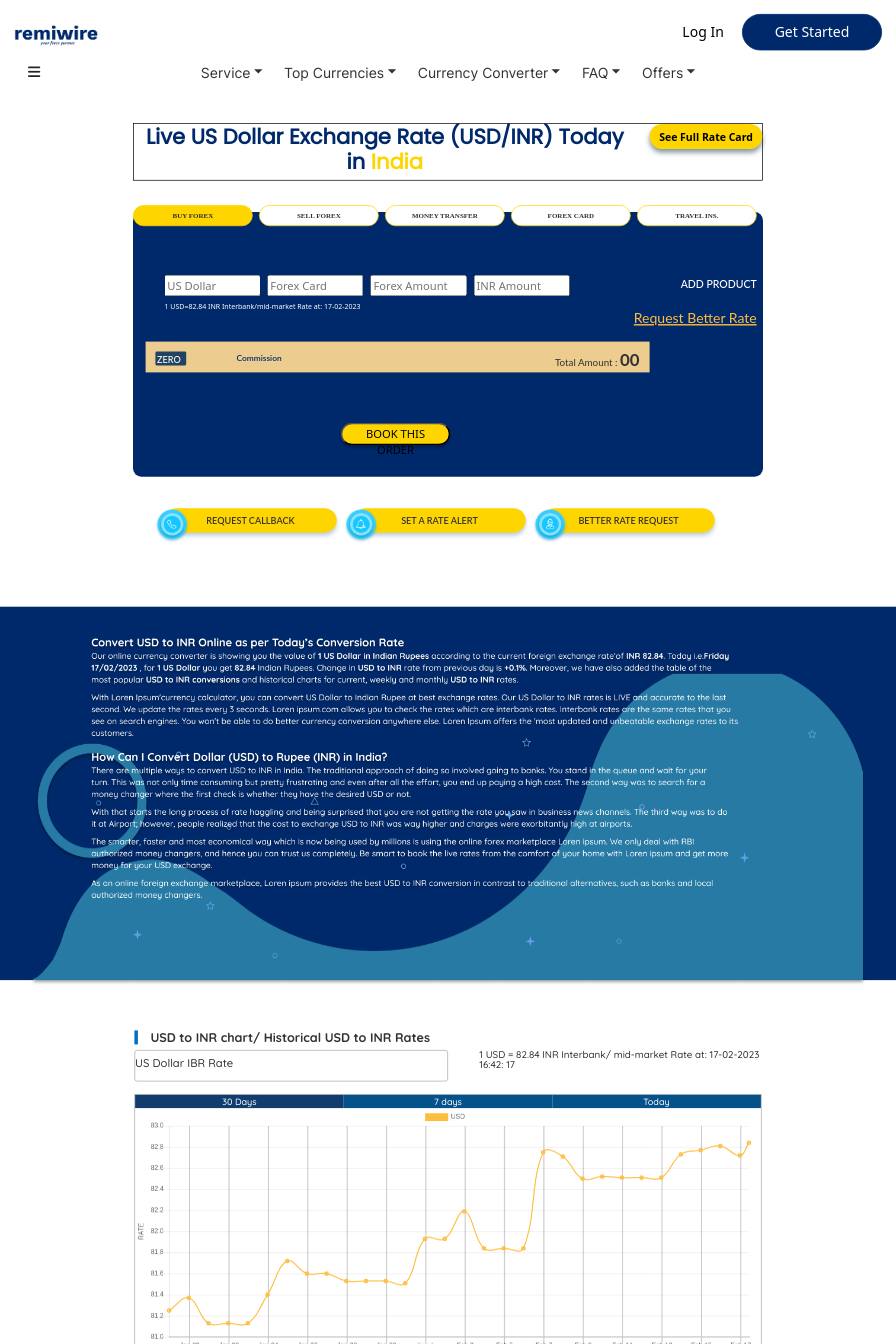
Repository: FlyweisReact/Akshadeep-latest
Page: /exchange
These files come from the project's save history. The page is drawn as it stood at one moment and after the next save; the edit follows.
The browser window is 1280 px wide. The pictures show the part of the page from y = 0 to 1920 px (the page is 4029 px tall before and 4062 px after), at 70% of full size.
Some web libraries are served in a nearby version. The project was rebuilt for these pictures with package versions that can differ from the ones it lists, and the page was loaded fresh each time. Also part of the build but not shown: src/components/order_p1.jsx, src/components/order_p2.jsx, src/components/faas.jsx, src/components/offer.jsx, src/components/Component/Index/CurrencySlider.js, src/components/Component/Index/IndexFirstMotion.js, src/components/Component/Index/IndexSecondMotion.js, src/components/Component/Index/IndexThirdMotion.js and 15 more.

Above is the page before, as saved 2023-05-30 17:33:27.

### public/index.html
<!DOCTYPE html>
<html lang="en">
  <head>
    <meta charset="utf-8" />
    <link rel="icon" href="%PUBLIC_URL%/favicon.ico" />
    <meta name="viewport" content="width=device-width, initial-scale=1" />
    <meta name="theme-color" content="#000000" />
    <meta
      name="description"
      content="Web site created using create-react-app"
    />
    <link rel="apple-touch-icon" href="%PUBLIC_URL%/logo192.png" />

    <link rel="manifest" href="%PUBLIC_URL%/manifest.json" />
    <link rel="stylesheet" href="https://cdnjs.cloudflare.com/ajax/libs/font-awesome/5.15.3/css/all.min.css" />
    <link href="https://cdn.jsdelivr.net/npm/bootstrap@5.3.0-alpha1/dist/css/bootstrap.min.css" rel="stylesheet" integrity="sha384-GLhlTQ8iRABdZLl6O3oVMWSktQOp6b7In1Zl3/Jr59b6EGGoI1aFkw7cmDA6j6gD" crossorigin="anonymous">


    <title>React App</title>
  </head>
  <body>
    <noscript>You need to enable JavaScript to run this app.</noscript>
    <div id="root"></div>
    <script src="https://kit.fontawesome.com/b533b351e4.js" crossorigin="anonymous"></script>
  </body>
</html>

### src/components/exchange.jsx
/** @format */

import React from "react";
import Navbar from "./navbar";
import { useNavigate } from "react-router-dom";
import img3 from "../Images/button_after.png";
import img4 from "../Images/button_after -1.png";
import img5 from "../Images/button_after -2.png";
import img6 from "../Images/section.png";
import img7 from "../Images/h3_before.png";
import img8 from "../Images/image.png";
import img9 from "../Images/span.png";
import img10 from "../Images/a.png";
import img11 from "../Images/a-1.png";
import img12 from "../Images/a-2.png";
import img13 from "../Images/a-3.png";
import img14 from "../Images/a-4.png";
import img15 from "../Images/a-5.png";
import img16 from "../Images/a-6.png";
import Footer from "./footer";

const Exchange = () => {
  const navigate = useNavigate();
  return (
    <>
      <Navbar />
      <div className="exch-cont">
        <div className="exch-left-cont">

          <div className="upper_two_sec">
          <h2 className="exch-title">
            Live US Dollar Exchange Rate (USD/INR) Today <br /> in{" "}
            <spam>India</spam>
          </h2>
        <button >See Full Rate Card</button>

          </div>



          <div className="outer-cont">
            <div className="top-box">
              <div className="top-part-1">
                <div className="top-left">
                  <div class="input-row">
                    <input type="text" placeholder="US Dollar" />
                    <input type="text" placeholder="Forex Card" />
                    <input type="text" placeholder="Forex Amount" />
                    <input type="text" placeholder="INR Amount" />
                  </div>
                  <small>
                    1 USD=82.84 INR Interbank/mid-market Rate at: 17-02-2023
                  </small>
                </div>
                <div className="top-right">
                  <a>ADD PRODUCT</a>
                </div>
              </div>
              <h3 className="exch-mid-txt">Request Better Rate</h3>
              <div className="exch-mid-cont">
                <div className="exch-mid-cont-l">
                  <div className="inside-comp">
                    <div className="comp-1">
                      <p>ZERO</p>
                    </div>
                    <div className="comp-2">
                      <p>Commission</p>
                    </div>
                  </div>
                </div>
                <div className="exch-mid-cont-r">
                  <p>
                    Total Amount : <spam>00</spam>
                  </p>
                </div>
              </div>
              <button
                className="top-box-btn"
                onClick={() => navigate("/customer-det")}
              >
                BOOK THIS ORDER
              </button>
            </div>
            <div className="btn-box">
              <button style={{ backgroundColor: "#FFD500" }}>BUY FOREX</button>
              <button>SELL FOREX</button>
              <button>MONEY TRANSFER</button>
              <button>FOREX CARD</button>
              <button>TRAVEL INS.</button>
            </div>
            <div className="out-btn-box">
              <div className="btn-img">
                <button className="bt-img">REQUEST CALLBACK</button>
                <img src={img3} alt="" />
              </div>
              <div className="btn-img">
                <button className="bt-img">SET A RATE ALERT</button>
                <img src={img4} alt="" />
              </div>
              <div className="btn-img">
                <button className="bt-img">BETTER RATE REQUEST</button>
                <img src={img5} alt="" />
              </div>
            </div>
          </div>
        </div>
      </div>




      <div className="body-mid-cont">
        <img className="body-mid-cont-img" src={img6} alt="" />
      </div>
      <div className="exch-below-cont">
        <div className="faltu">
          <img src={img7} alt="" />
          <h3>USD to INR chart/ Historical USD to INR Rates</h3>
        </div>
        <div className="exch-below-cont-1">
          <div className="exch-below-cont-1-left">
            <h4>US Dollar IBR Rate</h4>
          </div>
          <div className="exch-below-cont-1-right">
            <p>
              1 USD = 82.84 INR Interbank/ mid-market Rate at: 17-02-2023 16:42:
              17
            </p>
          </div>
        </div>
        <div className="exch-box">
          <div className="exch-box-cont">
            <div className="ii">30 Days</div>
            <div className="ia">7 days</div>
            <div className="ia">Today</div>
          </div>
          <img src={img8} alt="" style={{ width: "100%" }} />
        </div>
        <div className="faltu" style={{ margin: "2%" }}>
          <img src={img7} alt="" />
          <h3>Popular USD to INR Conversion Rate</h3>
        </div>
        <div className="exch-below-cont-2">
          <div className="exch-below-cont-2-left">
            <table>
              <tr>
                <th>US Dollar(USD)</th>
                <th>Indian Rupee(INR)</th>
              </tr>
              <tr>
                <td>1 USD</td>
                <td>82.84 INR</td>
              </tr>
              <tr>
                <td>1 USD</td>
                <td>82.84 INR</td>
              </tr>
              <tr>
                <td>1 USD</td>
                <td>82.84 INR</td>
              </tr>
              <tr>
                <td>1 USD</td>
                <td>82.84 INR</td>
              </tr>
              <tr>
                <td>1 USD</td>
                <td>82.84 INR</td>
              </tr>
              <tr>
                <td>1 USD</td>
                <td>82.84 INR</td>
              </tr>
            </table>
          </div>
          <div className="exch-below-cont-2-right">
            <table>
              <tr>
                <th>US Dollar(USD)</th>
                <th>Indian Rupee(INR)</th>
              </tr>
              <tr>
                <td>1 USD</td>
                <td>82.84 INR</td>
              </tr>
              <tr>
                <td>1 USD</td>
                <td>82.84 INR</td>
              </tr>
              <tr>
                <td>1 USD</td>
                <td>82.84 INR</td>
              </tr>
              <tr>
                <td>1 USD</td>
                <td>82.84 INR</td>
              </tr>
              <tr>
                <td>1 USD</td>
                <td>82.84 INR</td>
              </tr>
              <tr>
                <td>1 USD</td>
                <td>82.84 INR</td>
              </tr>
            </table>
          </div>
        </div>
      </div>
      <div className="exch-below-cont-3">
        <div>
          <h4>1 US Dollar To Indian Rupee Stats</h4>
          <table>
            <tr>
              <th></th>
              <th>Last 30 Days</th>
              <th>Last 90 Days</th>
            </tr>
            <tr>
              <td>High</td>
              <td>82.25</td>
              <td>82.925</td>
            </tr>
            <tr>
              <td>High</td>
              <td>82.25</td>
              <td>82.925</td>
            </tr>
            <tr>
              <td>High</td>
              <td>82.25</td>
              <td>82.925</td>
            </tr>
            <tr>
              <td>High</td>
              <td>82.25</td>
              <td>82.925</td>
            </tr>
          </table>
        </div>
      </div>
      <div className="exch-below-cont-4">
        <h3>Currency Information</h3>
        <div className="exch-below-cont-4-cont">
          <div className="exch-below-cont-4-l">
            <div className="faltu">
              <img src={img7} alt="" />
              <h3>USD-US Dollar</h3>
            </div>
            <p>
              Lorem Ipsum is a dummy text showing the place for some real text
              check below to get more details and other facts about the
              currency.
            </p>
            <a href="">More info</a>
          </div>
          <div className="exch-below-cont-4-r">
            <div className="faltu">
              <img src={img7} alt="" />
              <h3>USD-US Dollar</h3>
            </div>
            <p>
              Lorem Ipsum is a dummy text showing the place for some real text
              check below to get more details and other facts about the
              currency.
            </p>
            <a href="">More info</a>
          </div>
        </div>
      </div>
      <div className="exch-below-cont-5">
        <div className="extra-comp">
          <div className="exch-grid">
            <div className="exch-grid-item">
              <a href="">Convert NZD to INR</a>
            </div>
            <div className="exch-grid-item">
              <a href="">Convert NZD to INR</a>
            </div>
            <div className="exch-grid-item">
              <a href="">Convert NZD to INR</a>
            </div>
            <div className="exch-grid-item">
              <a href="">Convert NZD to INR</a>
            </div>
            <div className="exch-grid-item">
              <a href="">Convert NZD to INR</a>
            </div>
            <div className="exch-grid-item">
              <a href="">Convert NZD to INR</a>
            </div>
          </div>
        </div>
      </div>
      <div className="exch-below-cont-6">
        <div className="exch-below-cont-6-1">
          <h4>US Dollars Rates In Other Cities</h4>
          <img src={img9} alt="" />
        </div>
        <div className="form-group-2">
          <select className="ip" id="timezone" name="timezone" required>
            <option value="">Select City</option>
            <option value="EST">Mumbai</option>
            <option value="CST">Delhi</option>
            <option value="PST">Ghaziabad</option>
            <option value="PST">Pune</option>
            <option value="PST">Chennai</option>
            <option value="PST">Banglore</option>
          </select>
        </div>
        <div className="exch-below-6-last">
          <img src={img10} alt="" />
          <img src={img11} alt="" />
          <img src={img12} alt="" />
          <img src={img13} alt="" />
          <img src={img14} alt="" />
          <img src={img15} alt="" />
          <img src={img16} alt="" />
        </div>
      </div>
      <Footer />
    </>
  );
};

export default Exchange;

### src/Style/Header.css
/** @format */

.Sticky-Header-Companent {
  height: 100%;
  background-color: var(--white);
  position: sticky;
  top: 0;
  z-index: 999;
  padding: 20px;
  transition: box-shadow 0.3s ease;
}

.scrolled {
  box-shadow: rgba(0, 0, 0, 0.24) 0px 3px 8px;
}

.Header {
  width: 100%;
  display: flex;
  justify-content: space-between;
  align-items: center;
}

.Header .left-component a {
  font-family: InterFont;
  font-size: 2rem;
  color: #000000;
  cursor: pointer;
  text-decoration: none;
}
.Header .left-component img{
  width: 120px;
}

.Header .right-component {
  display: flex;
  gap: 20px;
}
.Header .right-component .btn1 {
  font-weight: 500;
  font-size: var(--medium-font);
  color: var(--black);
  background-color: transparent;
  border: none;
}
.Header .right-component .btn2 {
  font-size: var(--medium-font);
  color: var(--white);
  background-color : #00296B;
  border: 1px solid #00296B;
  padding: 10px;
  width: 200px;
  border-radius: var(--half-border);
}

/* Category Drop- Down */
.Drop-Category-Bar {
  display: flex;
  align-items: center;
}
.Drop-Category-Bar .left-container {
  width: 20%;
  padding: 20px;
}

.Drop-Category-Bar .right-Container {
  display: flex;
  width: 60%;
  justify-content: space-evenly;
}

.Drop-Category-Bar .left-container i {
  font-size: var(--medium-font);
  cursor: pointer;
}
.Drop-Category-Bar .right-Container #dropdown-basic {
  border: none;
  font-size: var(--medium-font);
  font-style: normal;
  line-height: 29px;
  color: #333131;
  font-family:InterFont ;
}
.Drop-Category-Bar .right-Container #dropdown-button-drop-end {
  width: 100%;
  display: flex;
  justify-content: space-between;
  gap: 20px;
  align-items: center;
  font-size: var(--small-font);
  border: none;
}
.Drop-Category-Bar .right-Container .dropdown-item {
  width: 100%;
  font-size: var(--small-font);
  border: none;
  padding-left: 12px;
}

/* FullScreen Offcanvas */
.offcanvas.offcanvas-start {
  width: 100% !important;
  background-color: transparent;
}
.offcanvas-backdrop.show {
  opacity: 0.9 !important;
}
.Offcanvas-Menu {
  position: relative;
  padding: 20px;
}
.Offcanvas-Menu .fa-x {
  font-size: var(--medium-font);
  color: #fff;
  position: absolute;
  right: 20px;
  top: 20px;
  cursor: pointer;
}
.Offcanvas-Menu .Menu-Items {
  display: flex;
  justify-content: space-evenly;
  align-items: center;
  position: absolute;
  top: 50%;
  gap: 20px;
  left: 50%;
  transform: translate(-50%, -50%);
  width: 100%;
  padding-left: 5%;
  padding-right: 5%;
}
.Offcanvas-Menu .Menu-Items div {
  width: 20%;
  cursor: pointer;
}
.Offcanvas-Menu .Menu-Items div img {
  display: block;
  margin: auto;
}
.Offcanvas-Menu .Menu-Items div a {
  text-decoration: none;
}
.Offcanvas-Menu .Menu-Items p {
  font-size: var(--medium-font);
  color: #ffffff;
  text-align: center;
  margin-top: 10px;
  font-family: OpenFont;
  text-decoration: none;
  width: 100%;
}

### src/Style/Footer.css
/**
 * Footer
 *
 * @format
 */

.footer {
  background-color: #241d4b;
  color: #fff;
  padding: 50px 0;
}

.footer .foot-row {
  display: flex;
  justify-content: space-evenly;
  gap: 20px;
}

.footer .foot-row .foot-col {
  width: 15%;
}

.footer .foot-row .foot-col h3 {
  font-family: PoppinFont;
  font-size: var(--medium-font);
  line-height: 19px;
  color: #919191;
  margin-bottom: 20px;
}

.footer .foot-row .foot-col p {
  font-family: QuickSand;
  font-size: var(--extra-small-font);
  color: #ffffff;
  cursor: pointer;
}

.footer .footer_bottom_Cont {
  display: flex;
  justify-content: space-evenly;
  gap: 20px;
  padding-top: 50px;

}

.footer .footer_bottom_Cont .Item_Div {
  width: 30%;
  padding: 20px;
}
.footer .footer_bottom_Cont .Item_Div .head {
  font-family: PoppinFont;
  font-size: var(--medium-font);
  color: #919191;

  margin: 0;
}
.footer .footer_bottom_Cont .Item_Div .subItem {
  margin: 0;
  display: flex;
  gap: 20px;
  align-items: center;
}
.footer .footer_bottom_Cont .Item_Div .subItem p{
    margin: 0;
    font-family: QuickSand;
font-size: var(--extra-small-font);
color: #FFFFFF;
}

### src/components/navbar.jsx
import Header from "./Layout/Header";

const Navbar = () => {
  return (
    <>
      <Header />
    </>
  );
};

export default Navbar;

### src/components/footer.jsx
/** @format */

import React from "react";
import img from "../Images/23.png";
import img1 from "../Images/24.png";
import img2 from "../Images/25 (1).png";
import img3 from "../Images/25 (2).png";

const Footer = () => {
  return (
    <footer className="footer">
      <div className="foot-row">
        <div className="foot-col">
          <h3>Company</h3>
          <p>About Us</p>
          <p>Contact Us</p>
          <p>Careers</p>
        </div>

        <div className="foot-col">
          <h3>Services</h3>
          <p>Prepaid Travel Card</p>
          <p>Foreign Demand Draft</p>
          <p>Foreign Currency</p>
          <p>Educational Loans</p>
          <p>Remmittance</p>
          <p>Travel Insurance</p>
          <p>Forex as a Service (Faas Solution)</p>
        </div>
        <div className="foot-col">
          <h3>Quick Links</h3>
          <p>FAQs</p>
          <p>Cancellation & Refund Policy</p>
          <p>Forex Rates</p>
          <p>Our Policies</p>
          <p>Terms of Use</p>
          <p>Site Map</p>
          <p>Offers</p>
        </div>
        <div className="foot-col">
          <h3>Insight</h3>
          <p>Blogs</p>
          <p>Press Release</p>
          <p>Foreign Currency</p>
          <p>Educational Loans</p>
          <p>Remmittance</p>
          <p>Travel Insurance</p>
          <p>Forex as a Service (Faas Solution)</p>
        </div>
        <div className="foot-col">
          <h3>Registered Office Address</h3>
          <p>Lorem Ipsum Pvt ltd.</p>
          <p>
            P-701 to P-705 lorem ipsum , 7th floor, 11th tower, panchsheel
            primerose, vatista , Gurugram, Hariyana
          </p>
        </div>
      </div>

      <div className="footer_bottom_Cont">
        <div className="Item_Div">
          <p className="head">Download Our App</p>
          <div className="subItem">
            <img src={img} alt="" />
            <img src={img1} alt="" />
          </div>
        </div>

        <div className="Item_Div">
          <p className="head">We Accept:</p>
          <div className="subItem">
            <img src={img2} alt="" />
            <img src={img3} alt="" />
          </div>
        </div>

        <div className="Item_Div">
          <p className="head">Contact Us</p>
          <div className="subItem" style={{ gap: "10px" }}>
            <i className="fa-solid fa-phone"></i>
            <p>+91-9212219191</p>
          </div>
          <div className="subItem">
            <p>hello@Lorenipsum.com</p>
          </div>
        </div>
      </div>
    </footer>
  );
};

export default Footer;

Loaded but not shown: src/Json/menu.json (187 lines, source omitted); src/components/Modals/RegisterModal.js (88 lines, source omitted); src/components/Modals/LoginModal.js (81 lines, source omitted); src/components/Layout/DropBar.js (60 lines, source omitted); src/components/Layout/Sidebar.js (70 lines, source omitted); src/App.js (51 lines, source omitted); src/components/Layout/Header.js (61 lines, source omitted); src/components/Modals/OtpModal.js (34 lines, source omitted); src/index.js (10 lines, source omitted); src/Style/Component.css (1675 lines, source omitted); src/index.css (1993 lines, source omitted)

After the next save:
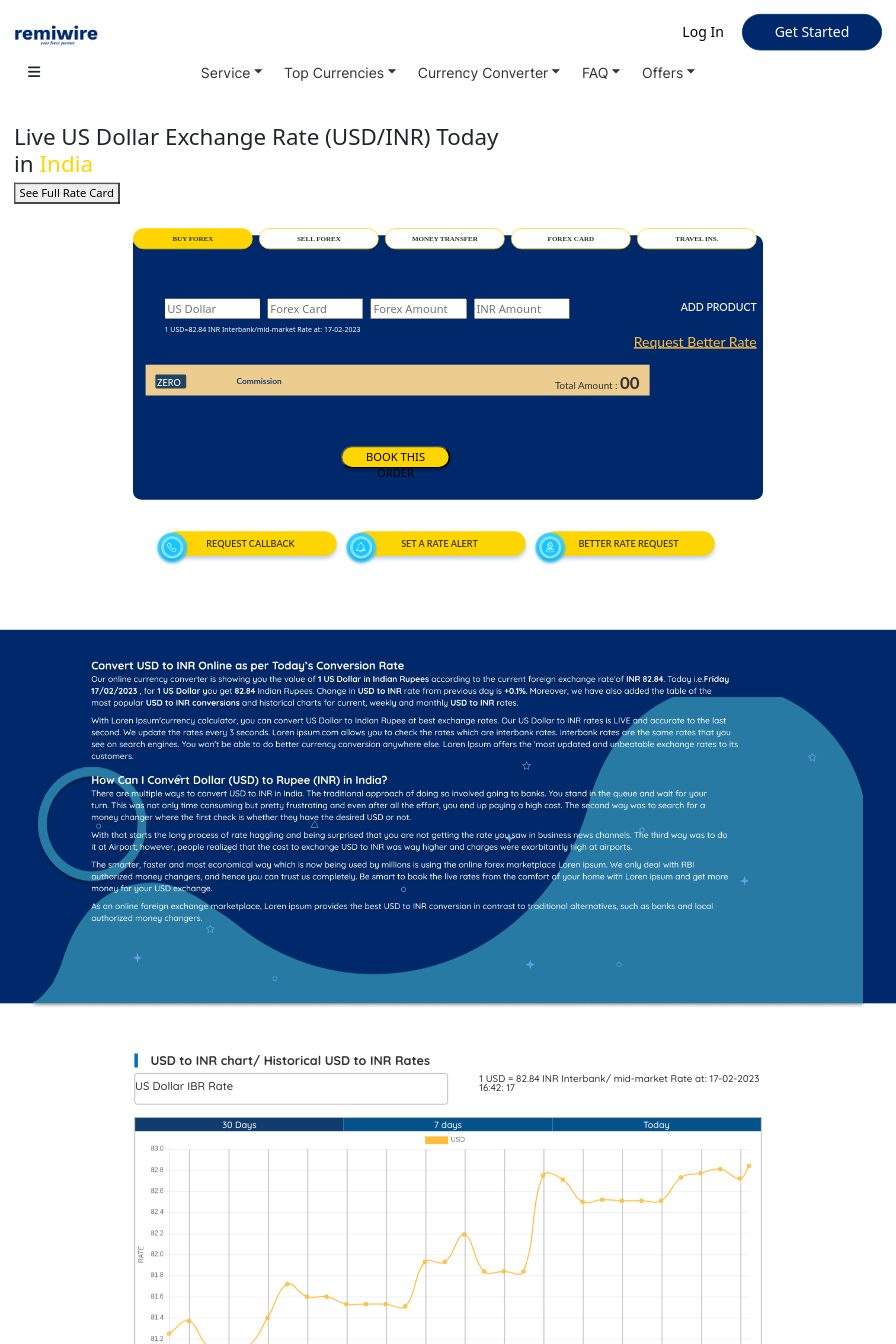
Saved 7 s later.
--- a/src/components/exchange.jsx
+++ b/src/components/exchange.jsx
@@ -25,9 +25,7 @@ const Exchange = () => {
     <>
       <Navbar />
       <div className="exch-cont">
-        <div className="exch-left-cont">
-
-          <div className="upper_two_sec">
+      <div className="upper_two_sec">
           <h2 className="exch-title">
             Live US Dollar Exchange Rate (USD/INR) Today <br /> in{" "}
             <spam>India</spam>
@@ -35,6 +33,9 @@ const Exchange = () => {
         <button >See Full Rate Card</button>
 
           </div>
+        <div className="exch-left-cont">
+
+
 
 
 
